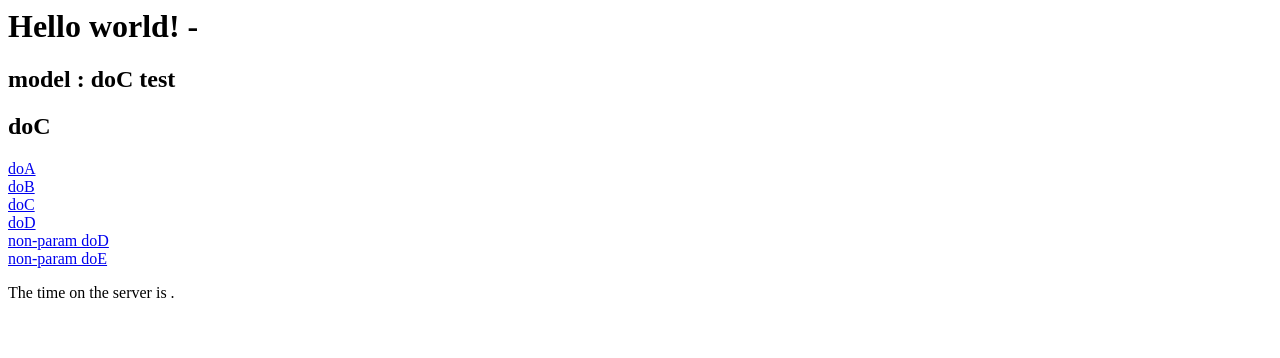
Repository: m1njunK/workspace-spring
Page: http://localhost/mvc_part01_controller/doC
An editor plug-in stored every save of this project. The page is shown before and after the next save, followed by the edit.
The browser window is 1280 px wide. The pictures show the whole page.
The page is served by Tomcat 9. The template is opened directly, without the code that normally fills it, so the values that code supplies are empty.

Above is the page before, as saved 2023-07-24 06:42:56.

After the next save:
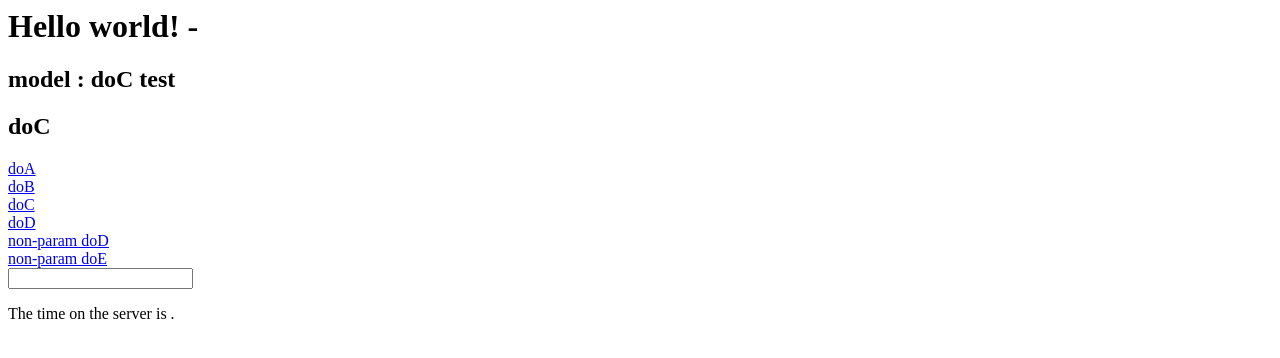
Saved 17 s later.
--- a/mvc_part01_controller/src/main/webapp/WEB-INF/views/home.jsp
+++ b/mvc_part01_controller/src/main/webapp/WEB-INF/views/home.jsp
@@ -21,7 +21,7 @@
 <a href="doD">non-param doD</a> <br/>
 <a href="doE">non-param doE</a> <br/>
 <form action="doF" method="POST">
-
+	<input type="text" name="msg" required/>
 </form>
 <P>  The time on the server is ${serverTime}. </P>
 </body>
